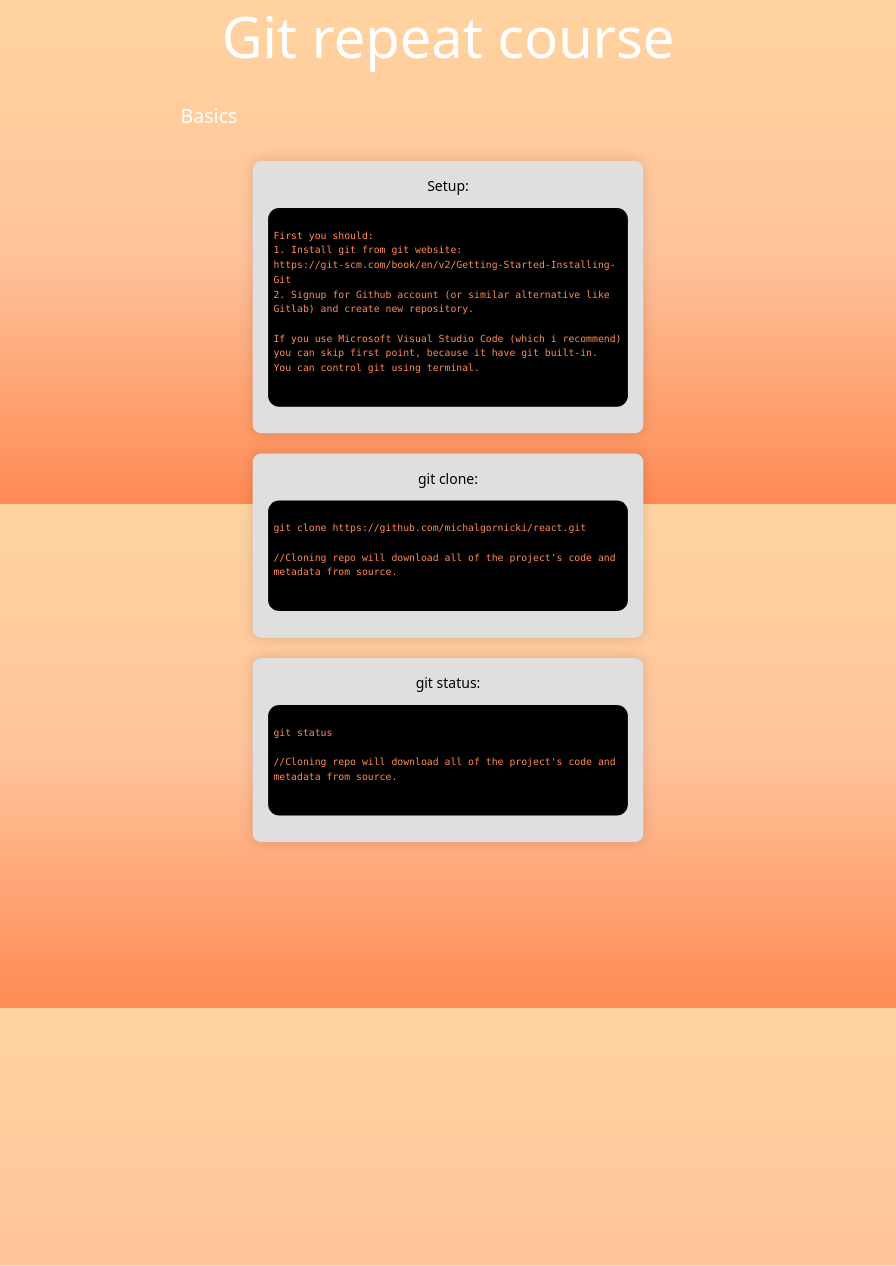
Repository: michalgornicki/git
Page: /
The author's editor kept a copy of each file at every save. The page is drawn from the files as they stood at one save, then again after the next save.
The browser window is 1280 px wide. The pictures show the whole page, at 70% of full size.
Backgrounds fixed to the window are drawn as part of the page. The project was rebuilt for these pictures with package versions that can differ from the ones it lists, and the page was loaded fresh each time. Imported but missing from the stored project, and not drawn on this page: src/components/DOM manipulation.jsx, src/components/async.jsx, src/components/loops.jsx, src/components/numbers.jsx, src/components/variables.jsx, src/components/window.jsx.

Above is the page before, as saved 2022-02-10 07:59:03.

### src/App.jsx
import React from "react";
import "./App.css";
import "bootstrap/dist/css/bootstrap.min.css";
import { Route, HashRouter as Router, Routes, Link } from "react-router-dom";
import Arrays from "./components/arrays.jsx"
import Variables from "./components/variables.jsx"
import Numbers from "./components/numbers.jsx"
import Loops from "./components/loops.jsx"
import Async from "./components/async.jsx"
import DOM from "./components/DOM manipulation.jsx"
import Window from "./components/window.jsx"

function App() {


  return (


    <Router>
    <div className="text-center">
      <div className="display-1 mt-1 mb-5 text-white">Git repeat course</div>

      <div className="h3 d-flex w-75 m-auto my-5 justify-content-evenly flex-wrap text-white">

      <Link className="link-style mx-3" to="/">Basics</Link>
      <Link className="link-style mx-3" to="/Numbers"></Link>
      <Link className="link-style mx-3" to="/Variables"></Link>
      <Link className="link-style mx-3" to="/Loops"></Link>
      <Link className="link-style mx-3" to="/Async"></Link>
      <Link className="link-style mx-3" to="/DOM"></Link>
      <Link className="link-style mx-3" to="/Window"></Link>


      </div>

      <Routes>
          <Route path="/" element={<Arrays />} />
          <Route path="/Numbers" element={<Numbers />} />
          <Route path="/Variables" element={<Variables />} />
          <Route path="/Loops" element={<Loops />} />
          <Route path="/Async" element={<Async />} />
          <Route path="/DOM" element={<DOM />} />
          <Route path="/Window" element={<Window />} />
        </Routes>


    </div>
    </Router>
  );
}

export default App;

### src/App.css
@import url('https://fonts.googleapis.com/css2?family=Catamaran:wght@400&display=swap');

body{
    font-family: 'Catamaran', sans-serif;
    overflow-x: hidden;
    padding-bottom: 80vh;
    height: auto;
    background: linear-gradient(rgb(255, 212, 160), rgb(255, 195, 155), rgb(255, 138, 84));
    background-attachment: fixed;
}

.js-item{
    color:rgb(0, 0, 0);
    font-size: 1.25rem;
    background-color: rgb(223, 223, 223);
    transition: 0.2s;
    padding: 3vh;
    margin-bottom: 4vh!important;
    width: 50%;
    margin-left: auto;
    margin-right: auto;
    box-shadow: 0px 0px 20px rgba(0, 0, 0, 0.15);
    border-radius: 0.75rem;
}

.js-item:hover{
    cursor: pointer;
    background-color: rgb(240, 240, 240);
}

.text-pink{
    padding: 0.5rem;
    margin-top: 1rem;
    margin-bottom: 1rem;
    color:rgb(255, 138, 84)!important;
    font-size: 1rem;
    border-radius: 1rem;
    text-align: left;
    background-color: black;
}

pre {
    white-space: pre-wrap;       /* css-3 */
    white-space: -moz-pre-wrap;  /* Mozilla, since 1999 */
    white-space: -pre-wrap;      /* Opera 4-6 */
    white-space: -o-pre-wrap;    /* Opera 7 */
    word-wrap: break-word;       /* Internet Explorer 5.5+ */
   }

.link-style{
    color: inherit;
    text-decoration: inherit;
}

.link-style:hover{
    color: rgb(255, 138, 84);
}

@media only screen and (max-device-width: 600px), (max-width: 600px) {

    .js-item{
        width: 95%;
    }

}

### src/components/arrays.jsx
const Arrays = () => {

  return (
    <div className="container">
      <div className="js-item">
        {" "}
        <div className="">Setup: </div>
        <div className="text-pink">
          <pre>{`
First you should:
1. Install git from git website:
https://git-scm.com/book/en/v2/Getting-Started-Installing-Git
2. Signup for Github account (or similar alternative like Gitlab) and create new repository.

If you use Microsoft Visual Studio Code (which i recommend) you can skip first point, because it have git built-in.
You can control git using terminal.
          `}</pre>
          </div>
      </div>
      <div className="js-item">
        {" "}
        <div className="">git clone: </div>
        <div className="text-pink">
          <pre>{`
git clone https://github.com/michalgornicki/react.git

//Cloning repo will download all of the project's code and metadata from source.
          `}</pre>
          </div>
      </div>

      <div className="js-item">
        {" "}
        <div className="">git status: </div>
        <div className="text-pink">
          <pre>{`
git status

//Cloning repo will download all of the project's code and metadata from source.
          `}</pre>
          </div>
      </div>

      </div>
  );
};

export default Arrays;

Loaded but not shown: public/index.html (common file); src/index.js (common file); src/index.css (common file); src/reportWebVitals.js (common file)

After the next save:
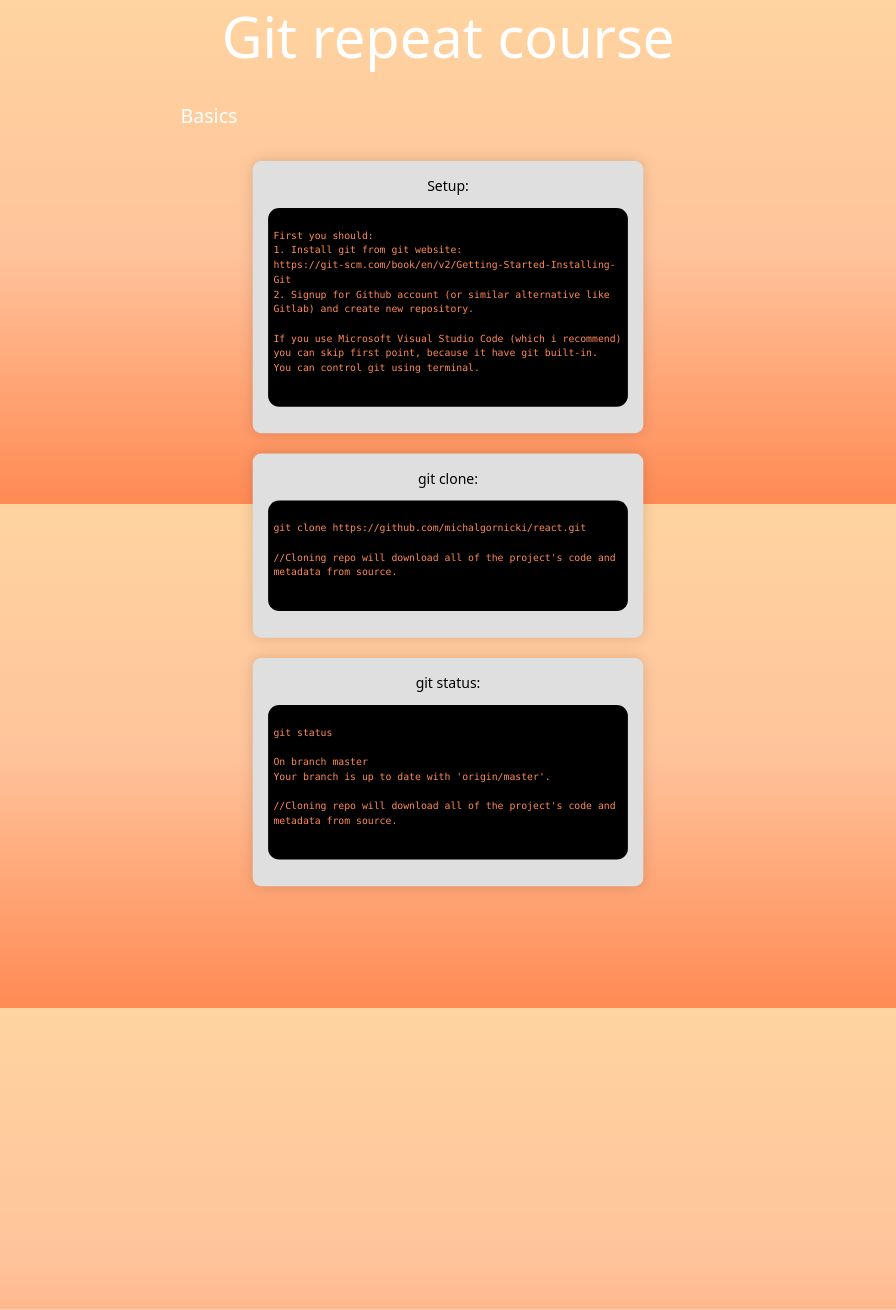
Saved 119 s later.
--- a/src/components/arrays.jsx
+++ b/src/components/arrays.jsx
@@ -36,6 +36,9 @@ git clone https://github.com/michalgornicki/react.git
           <pre>{`
 git status
 
+On branch master
+Your branch is up to date with 'origin/master'.
+
 //Cloning repo will download all of the project's code and metadata from source.
           `}</pre>
           </div>
